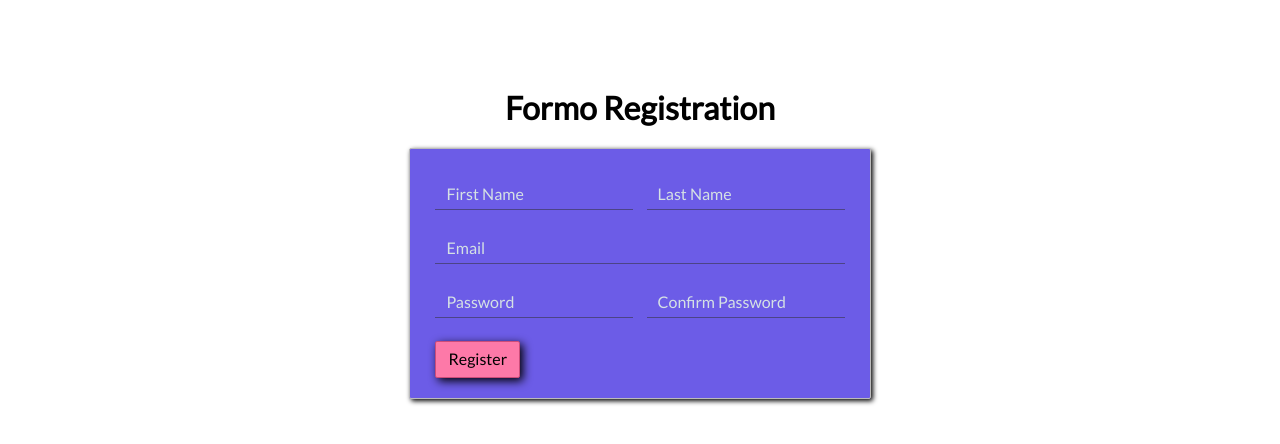
Repository: AMAmine89/vanilla-projects
Page: formo/index.html
These files come from the project's save history. The page is drawn as it stood at one moment and after the next save; the edit follows.
The browser window is 1280 px wide. The pictures show the whole page.

Above is the page before, as saved 2021-05-05 08:35:41.

After the next save:
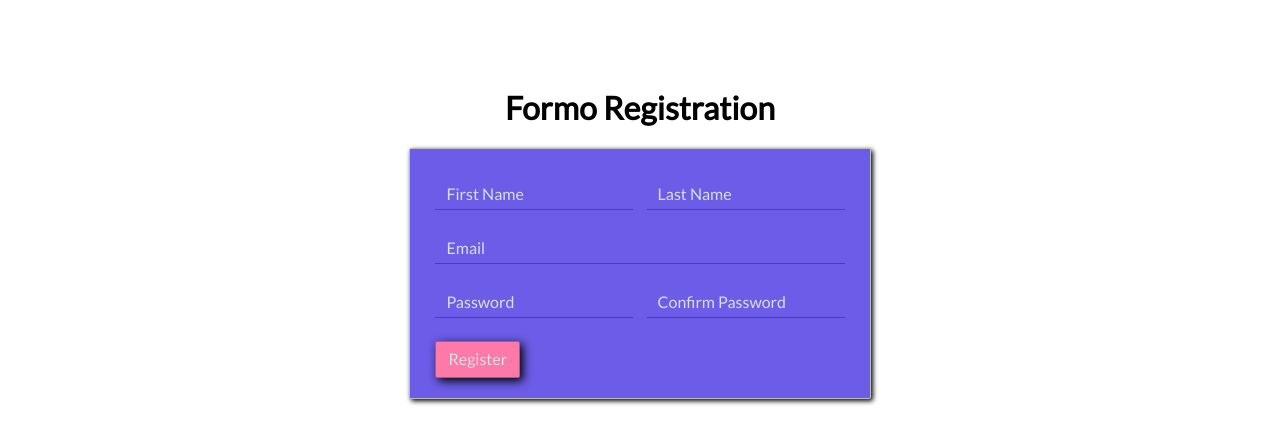
Saved 59 s later.
--- a/formo/style.css
+++ b/formo/style.css
@@ -79,7 +79,6 @@ input[type="submit"] {
     border: 1px solid #cc4c79;
     outline: none;
     cursor: pointer;
-    color: initial;
     box-shadow: 3px 3px 10px 0px black;
     border-radius: 2px;
     margin-top: 10px;
